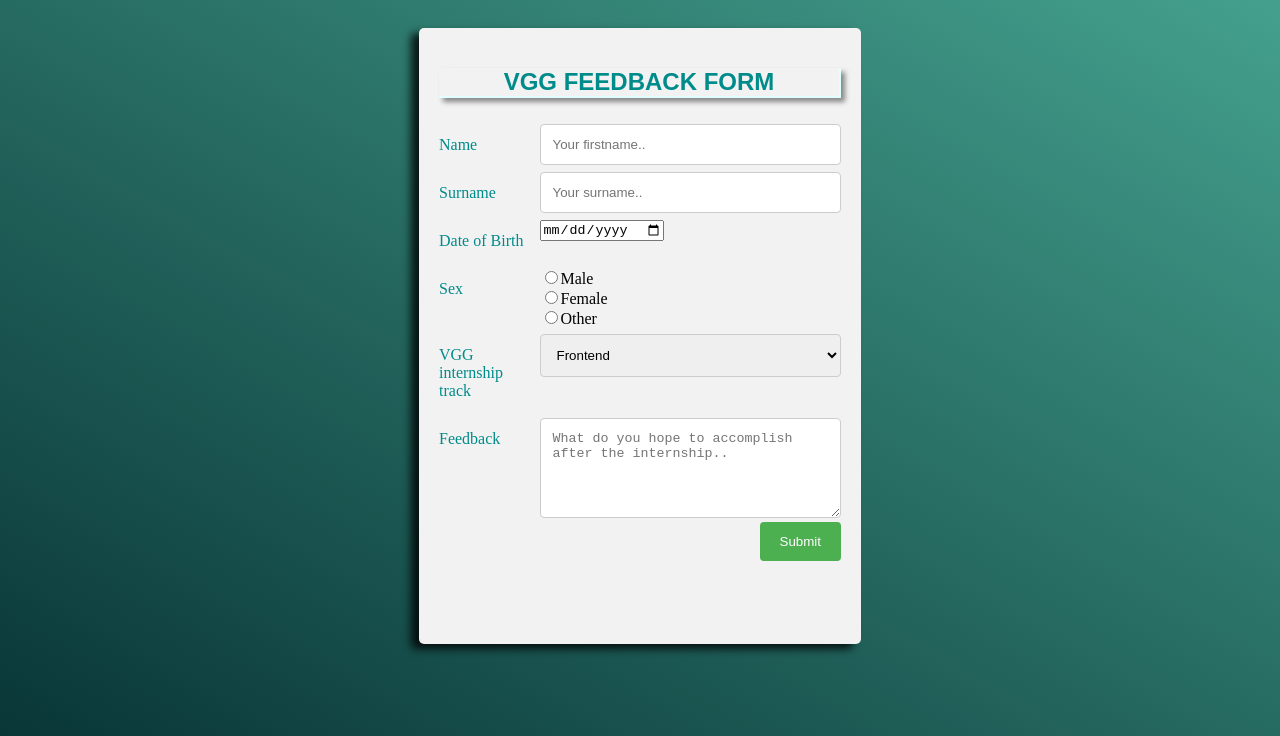
Repository: iphyokafor/VGG-Feedback-form
Page: index2.html
The author's editor kept a copy of each file at every save. The page is drawn from the files as they stood at one save, then again after the next save.
The browser window is 1280 px wide. The pictures show the whole page.

Above is the page before, as saved 2020-01-13 01:33:45.

After the next save:
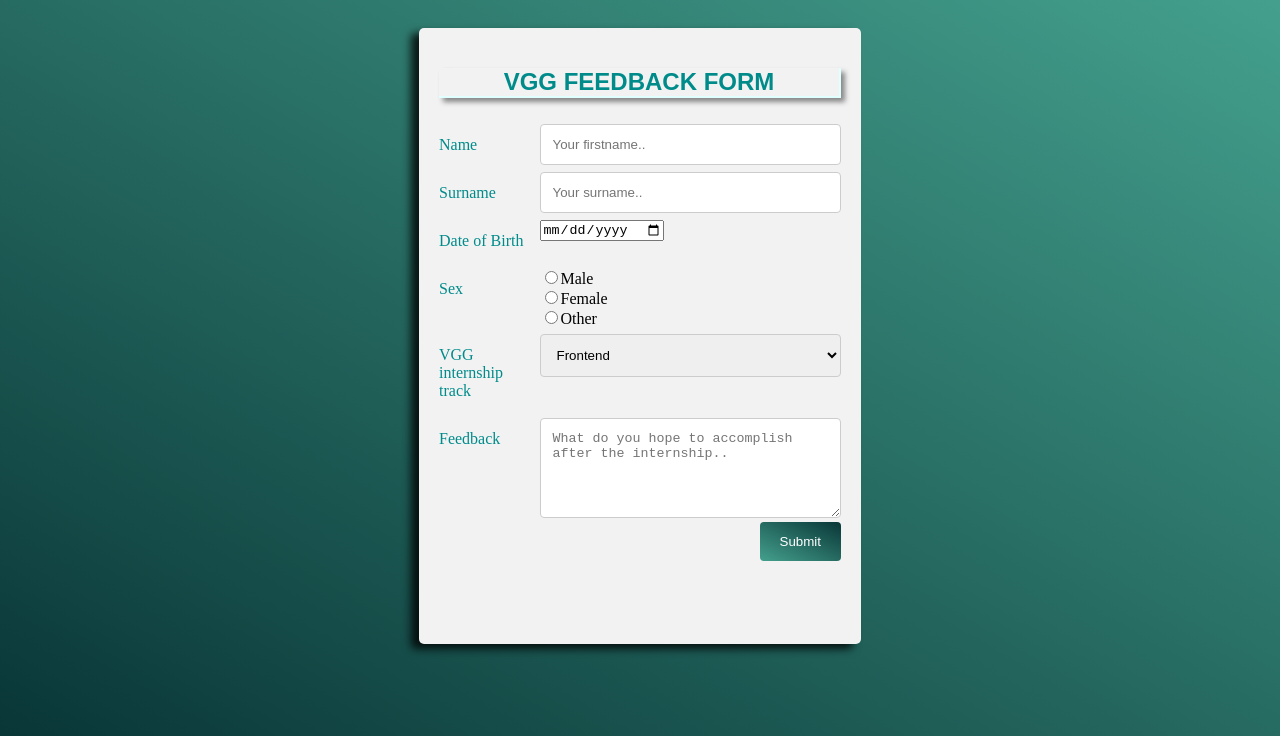
Saved 6 min 15 s later.
--- a/main.css
+++ b/main.css
@@ -32,7 +32,7 @@ label {
 /* Style the submit button */
 
 .btn {
-    background-color: #4CAF50;
+    background: linear-gradient(to left bottom, #093637, #44A08D);
     color: white;
     padding: 12px 20px;
     border: none;
